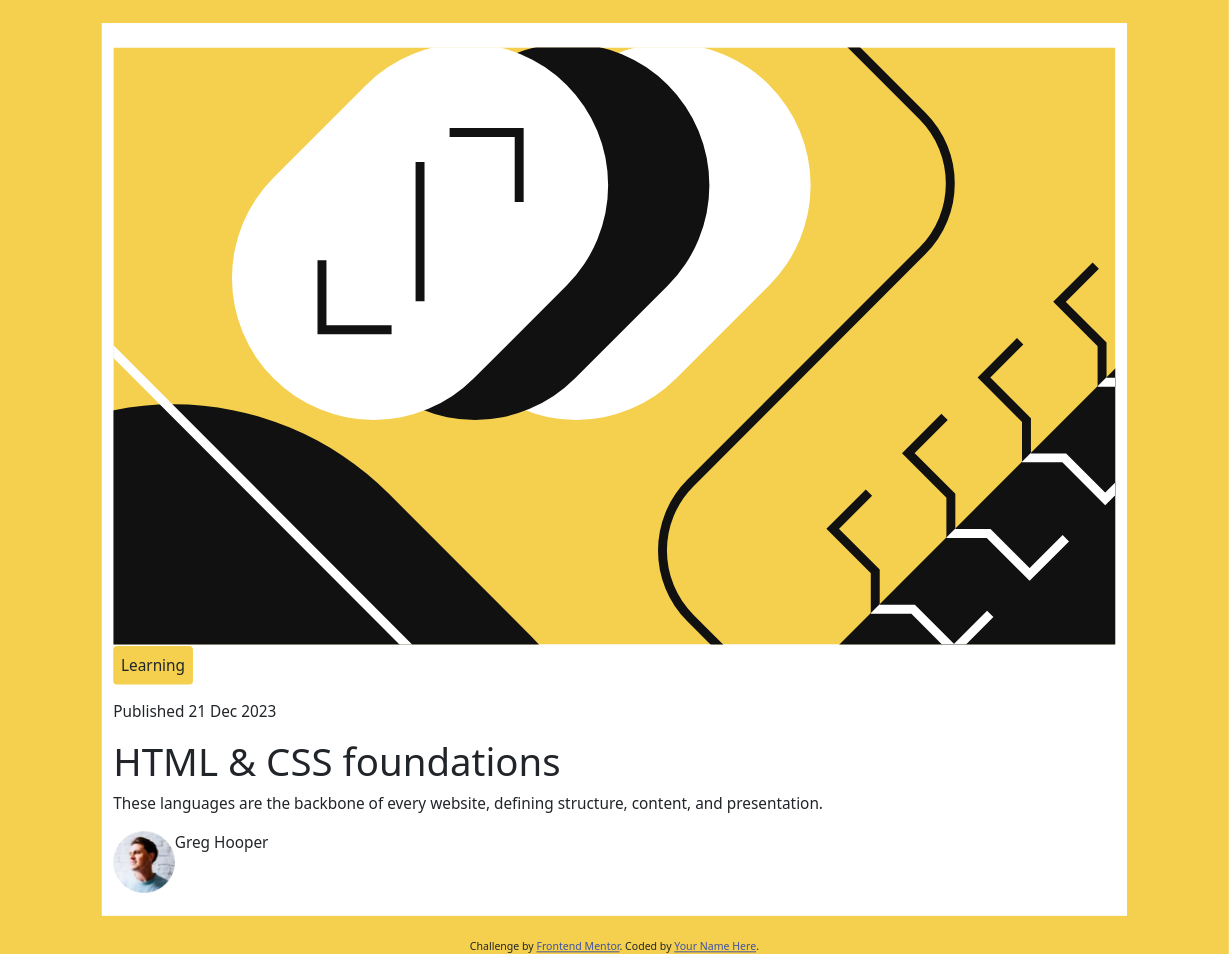
Repository: blordeus/blog-preview-card
Page: index.html
The author's editor kept a copy of each file at every save. The page is drawn from the files as they stood at one save, then again after a run of saves.
The browser window is 1280 px wide. The pictures show the whole page, at 96% of full size.
The style sheet was rebuilt from its Sass, Less or Tailwind sources for each picture, by a compiler version that may differ from the author's.

Above is the page before, as saved 2024-02-10 09:19:24.

### index.html
<!DOCTYPE html>
<html lang="en">
<head>
  <meta charset="UTF-8">
  <meta name="viewport" content="width=device-width, initial-scale=1.0"> <!-- displays site properly based on user's device -->

  <link rel="icon" type="image/png" sizes="32x32" href="./assets/images/favicon-32x32.png">
  <link rel="stylesheet" href="style.css">
  <link href="https://cdn.jsdelivr.net/npm/bootstrap@5.1.3/dist/css/bootstrap.min.css" rel="stylesheet" integrity="sha384-1BmE4kWBq78iYhFldvKuhfTAU6auU8tT94WrHftjDbrCEXSU1oBoqyl2QvZ6jIW3" crossorigin="anonymous">
  <title>Frontend Mentor | Blog preview card</title>

</head>
<body class="yellow-bg container">
<main class="white-bg row py-4 m-4">
    <img src="assets\images\illustration-article.svg" alt="header image">
    <div class="">
      <p class="yellow-bg d-inline-block p-2 rounded">Learning</p>
    </div>

    <p>Published 21 Dec 2023</p>

    <h1>HTML & CSS foundations</h1>

    <p>These languages are the backbone of every website, defining structure, content, and presentation.</p>

    <div class="d-flex">
      <img class="" src="assets\images\image-avatar.webp" alt="author image">
      <p class="">Greg Hooper</p>
    </div>

</main>
<div></div>
<div class="attribution">
    Challenge by <a href="https://www.frontendmentor.io?ref=challenge" target="_blank">Frontend Mentor</a>.
    Coded by <a href="#">Your Name Here</a>.
  </div>
</body>
</html>

### style.scss
@font-face {
    font-family: Figtree;
    src: url(./assets/fonts/Figtree-VariableFont_wght.ttf);
}

@font-face {
    font-family: Figtree-Italic;
    src: url(./assets/fonts/Figtree-Italic-VariableFont_wght.ttf) format("truetype");
    font-style: italic;
}

// Primary

$Yellow: hsl(47, 88%, 63%);

// Neutral

$White: hsl(0, 0%, 100%);
$Grey: hsl(0, 0%, 50%);
$Black: hsl(0, 0%, 7%);

body {
    font-family: Figtree;
}

p {
    font-size: 16px
}

.yellow-bg {
    background-color: $Yellow;

}

.black-bg {
    background-color: $Black;
}

.grey-text {
    color: $Grey;
}

.white-bg {
    background-color: $White;
}

.black-text {
    color: $Black;
}

.attribution { font-size: 11px; text-align: center; }
.attribution a { color: hsl(228, 45%, 44%); }

After the next 2 saves:
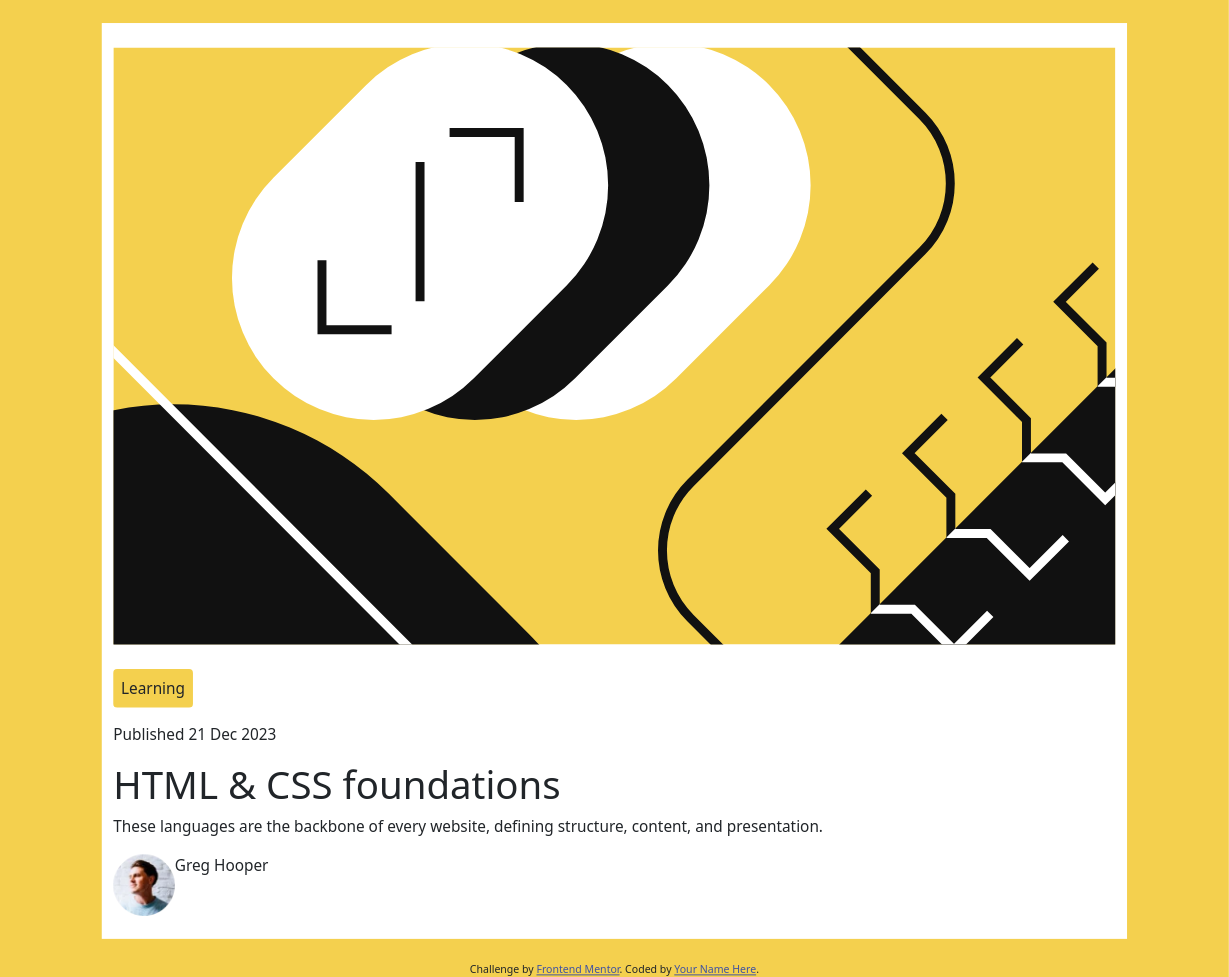
The 2 saves are shown as one change because they came seconds apart.
The last was saved 6 s later.
--- a/index.html
+++ b/index.html
@@ -13,7 +13,7 @@
 <body class="yellow-bg container">
 <main class="white-bg row py-4 m-4">
     <img src="assets\images\illustration-article.svg" alt="header image">
-    <div class="">
+    <div class="mt-4">
       <p class="yellow-bg d-inline-block p-2 rounded">Learning</p>
     </div>
 
